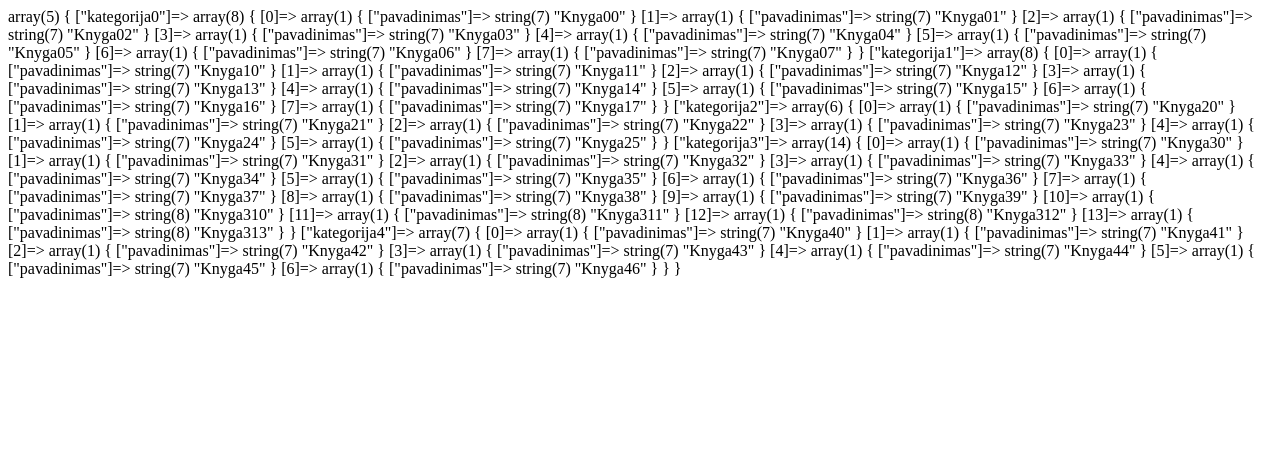
Repository: motiejus1/18-paskaita-PHP-05.31
Page: http://localhost/testavimas/dvimatismasyvas.php
The author's editor kept a copy of each file at every save. The page is drawn from the files as they stood at one save, then again after a run of saves.
The browser window is 1280 px wide. The pictures show the whole page.
The page is run by PHP 8.4 with error messages shown; the project is at /var/www/html/.

Above is the page before, as saved 2021-09-20 18:27:22.

### testavimas/dvimatismasyvas.php
<?php
// . Sukurti dvimatį masyvą, kuriame būtų informacija apie knygos kategoriją, bei knygos priklausančios kategorijai.
// Masyvo struktūrą sugalvoti patiems. Testavimui sukurti bent 5 kategorijas, kurios turi nuo 5 iki 15 knygų.



//

$knygos = [];

//uz kategorijas
for($i=0; $i < 5; $i++) {

    // $kategorija = "Kategorija".$i;
    $kategorija = [];
    //atsakingas uz knygas
    $atsitiktinis = rand(5,15); //6
    for($j=0;$j < $atsitiktinis; $j++) {
        $kategorija[$j] = array(
            "pavadinimas" => "Knyga".$i.$j
        );

    }

    $knygos["kategorija".$i] = $kategorija;

}

var_dump($knygos);


?>

After the next 4 saves:
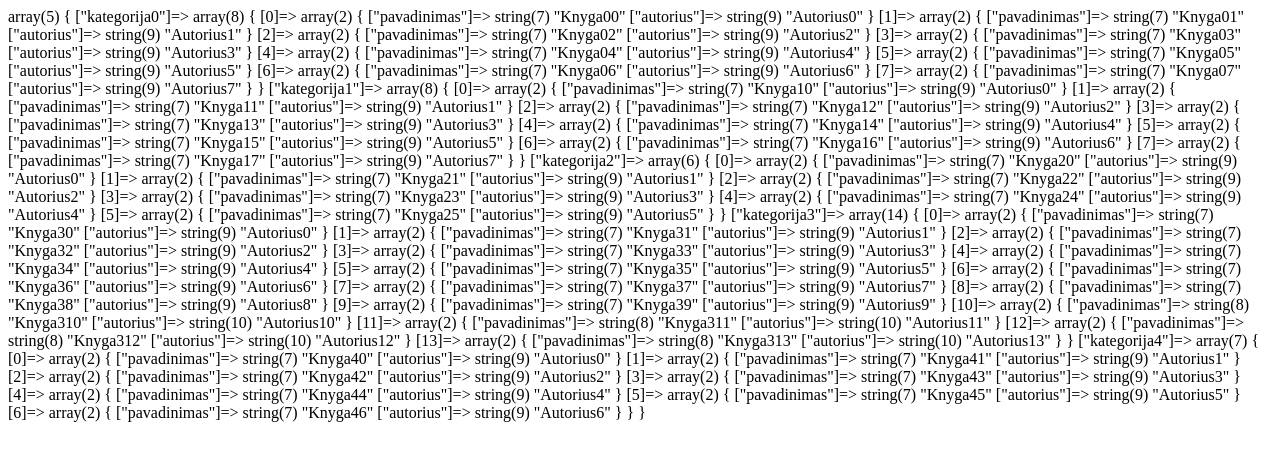
The 4 saves are shown as one change because they came seconds apart.
The last was saved 15 s later.
--- a/testavimas/dvimatismasyvas.php
+++ b/testavimas/dvimatismasyvas.php
@@ -17,7 +17,8 @@ for($i=0; $i < 5; $i++) {
     $atsitiktinis = rand(5,15); //6
     for($j=0;$j < $atsitiktinis; $j++) {
         $kategorija[$j] = array(
-            "pavadinimas" => "Knyga".$i.$j
+            "pavadinimas" => "Knyga".$i.$j,
+            "autorius" => "Autorius".$j
         );
 
     }
